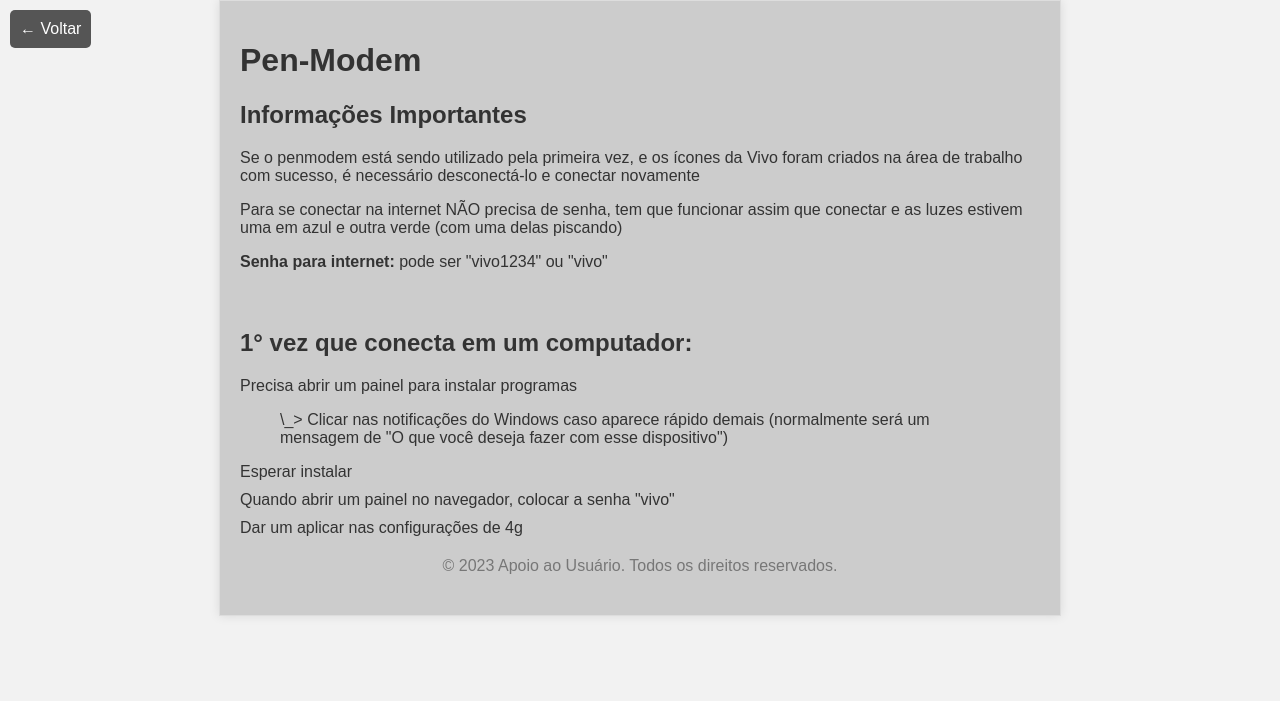
Repository: I4guito/dicasdez
Page: Dicas site/Dicas/penmodem.html
The author's editor kept a copy of each file at every save. The page is drawn from the files as they stood at one save, then again after the next save.
The browser window is 1280 px wide. The pictures show the whole page.

Above is the page before, as saved 2023-11-29 10:25:37.

After the next save:
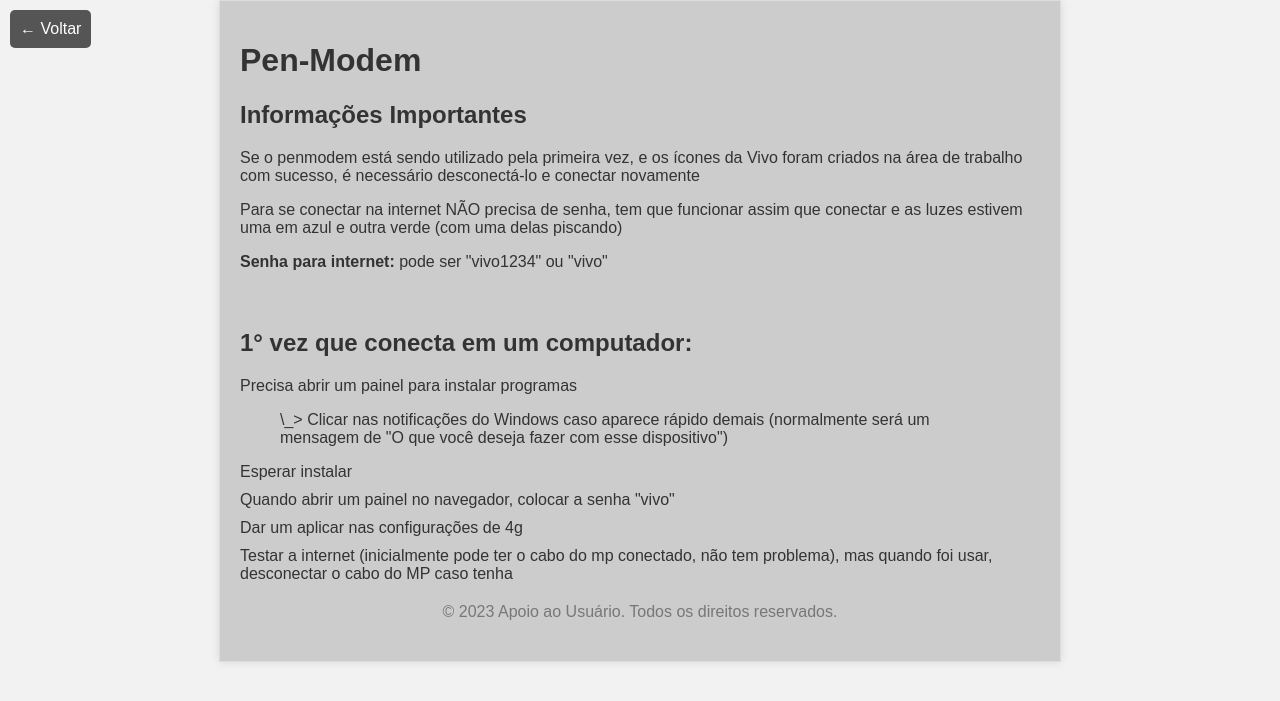
Saved 10 s later.
--- a/Dicas site/Dicas/penmodem.html
+++ b/Dicas site/Dicas/penmodem.html
@@ -31,7 +31,7 @@
                 <li>Esperar instalar</li>
                 <li>Quando abrir um painel no navegador, colocar a senha "vivo"</li>
                 <li>Dar um aplicar nas configurações de 4g</li>
-                <li></li>
+                <li>Testar a internet (inicialmente pode ter o cabo do mp conectado, não tem problema), mas quando foi usar, desconectar o cabo do MP caso tenha</li>
             </ul>
         </section>
 
